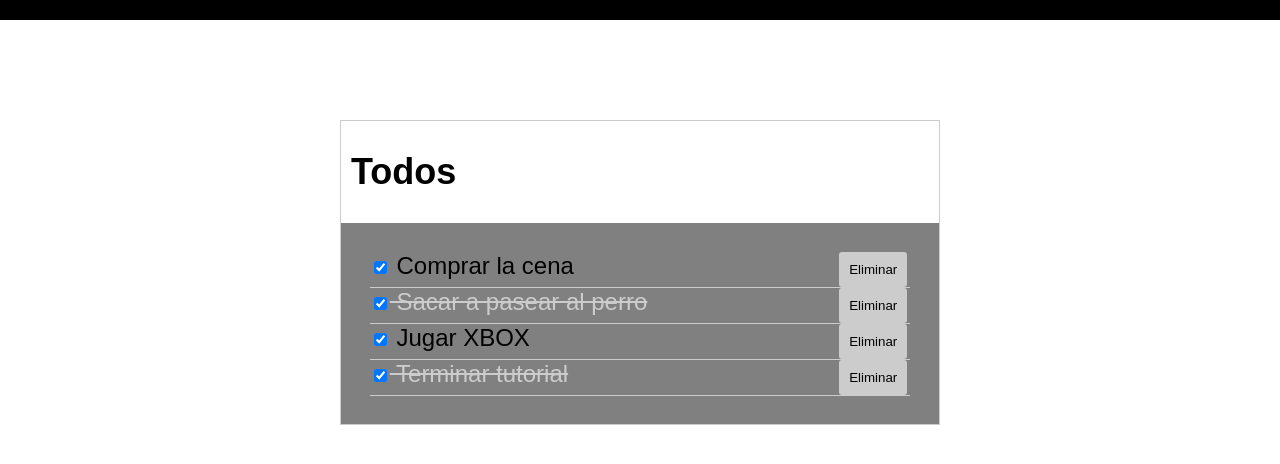
Repository: MauriVaz/Primer-app-con-Vue
Page: /
The author's editor kept a copy of each file at every save. The page is drawn from the files as they stood at one save, then again after the next save.
The browser window is 1280 px wide. The pictures show the whole page.
The project was rebuilt for these pictures with package versions that can differ from the ones it lists, and the page was loaded fresh each time. Also part of the build but not shown: vue.config.js.

Above is the page before, as saved 2022-12-13 04:09:23.

### public/index.html
<!DOCTYPE html>
<html lang="">
  <head>
    <meta charset="utf-8">
    <meta http-equiv="X-UA-Compatible" content="IE=edge">
    <meta name="viewport" content="width=device-width,initial-scale=1.0">
    <link rel="icon" href="<%= BASE_URL %>favicon.ico">
    <title><%= htmlWebpackPlugin.options.title %></title>
  </head>
  <body>
    <noscript>
      <strong>Por favor activa Javascript</strong>
    </noscript>
    <div id="app"></div>
    <!-- built files will be auto injected -->
  </body>
</html>

### src/App.vue
<template>
  <div id="header"></div>
  <div id="main-container">
    <h2>Todos</h2>
    <Todos v-bind:todoslist="copyTodos" />
  </div>
</template>

<script>
// import HelloWorld from './components/HelloWorld.vue'
// import Search from './components/Search.vue';
// import TodoAdd from "./components/TodoAdd.vue"
import Todos from './components/Todos';

export default {
  name: 'App',
  components: {
    Todos
  },
  data(){
    return{
      todos:[
        {
          id:0,
          title:"Comprar la cena",
          completed:false
        },{
          id:1,
          title:"Sacar a pasear al perro",
          completed:true
        },{
          id:2,
          title:"Jugar XBOX",
          completed:false
        },
        {
          id:3,
          title:"Terminar tutorial",
          completed:true
        }
      ],
      copyTodos:[]
    }
  },
  created(){
    this.copyTodos=[...this.todos]
  }
}
</script>

<style>
*{
  box-sizing: border-box;
}

body{
  font-family: Arial, Helvetica, sans-serif;
  font-size: 1.5em;
  padding: 0;
  margin: 0;
 }
 #main-container{
   border: solid 1px #ccc;
   width: 600px;
   margin: 100px auto;
  }
  #header{
  background:black;
  padding: 10px;
}
h2{
   padding: 0 10px;
 }

</style>

### src/components/Todos.vue
<template>
    <div class="container">
        <div v-bind:key="todo.id" v-for="todo in todoslist">
            <TodoItem v-bind:todo="todo"/>
        </div>
    </div>
</template>

<script>
import TodoItem from './TodoItem.vue';

export default{
    // eslint-disable-next-line vue/multi-word-component-names
    name: "Todos",
    props: ["todoslist"],
    components: { TodoItem }
}
</script>

<style>
.container{
    background-color: gray;
    padding:4vh;
}
</style>

### src/components/TodoItem.vue
<template>
    <div class="todo" v-bind:class="{completed:todo.completed}" >
        <div v-bind:class="{completed:todo.completed}" class="todo-body">
            <input type="checkbox"
            v-bind:checked="todo.completed?'checked':''"
            v-on:change="checkTodo" />
            {{todo.title}}
        </div>
        <div class="todo-actions">
            <button>Eliminar</button>
        </div>
    </div>
</template>

<script>
    export default {
        name:"TodoItem",
        props:['todo'],
        methods: {
            checkTodo(){
                // eslint-disable-next-line vue/no-mutating-props
                this.todo.completed = !this.todo.completed
        }
    }
}
</script>

<style scoped>
    .todo{
        border-bottom:solid 1px #ccc
    }

    .todo:not(.completed):hover{
        background-color: #eee;
    }

    .completed{
        color:#ccc;
        text-decoration: line-through;
    }

    .completed .todo-body{
        text-decoration: line-through;
    }

    .todo-body, .todo-actions{
        display: inline-block;
        vertical-align: top;
    }

    .todo-body{
        width: 85%;
    }

    .todo-actions{
        padding: 0 10px;
        width: 10%;
    }

    button{
        border: none;
        border-radius: 3px;
        padding: 10px;
        background-color: #ccc;
        color:black
    }

    button:hover{
        background-color: #da2020;
        color:white
    }


</style>

Loaded but not shown: src/main.js (common file)

After the next save:
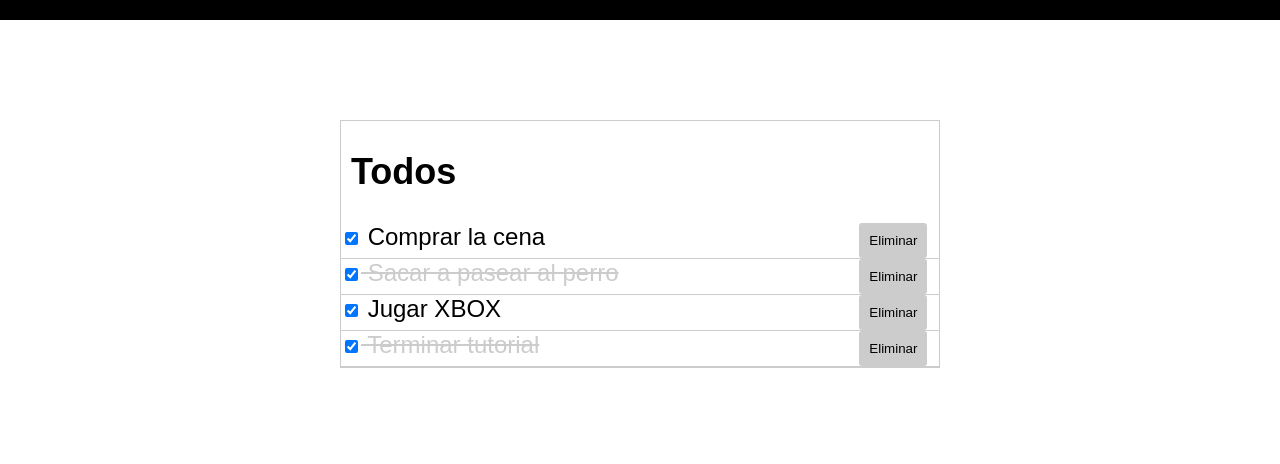
Saved 19 s later.
--- a/src/components/Todos.vue
+++ b/src/components/Todos.vue
@@ -18,8 +18,4 @@ export default{
 </script>
 
 <style>
-.container{
-    background-color: gray;
-    padding:4vh;
-}
 </style>
